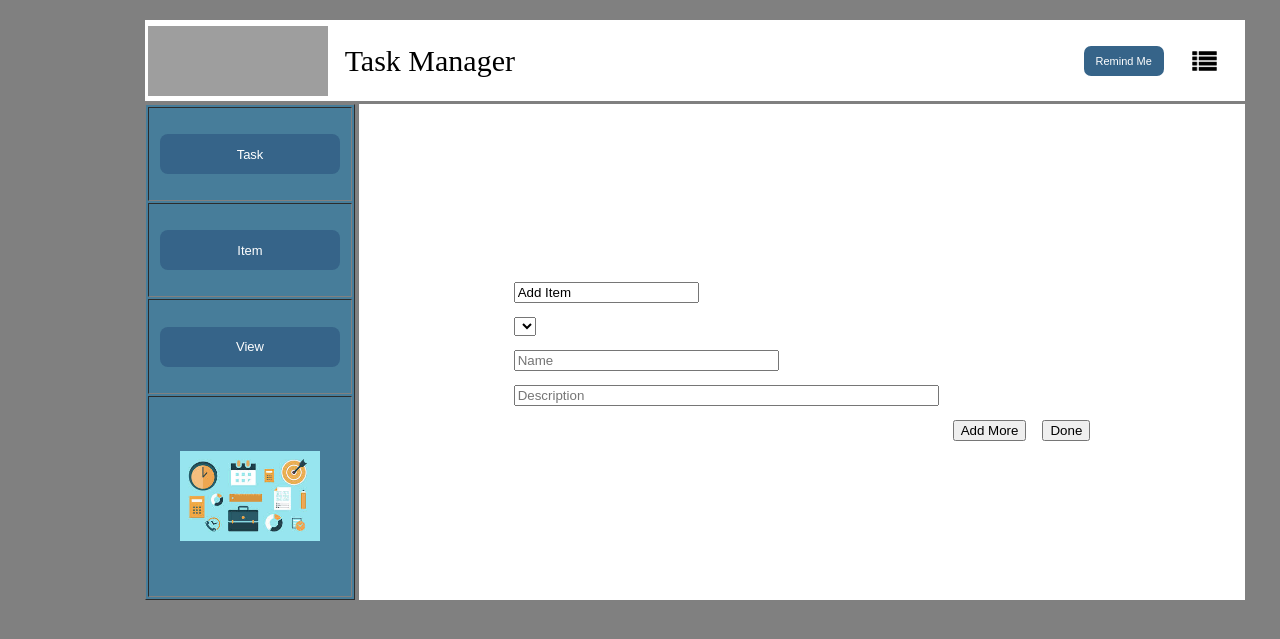
Repository: SnehaSalvi/TaskManagerProject
Page: http://localhost/TaskManagerChecklist/AddItem.jsp
The author's editor kept a copy of each file at every save. The page is drawn from the files as they stood at one save, then again after the next save.
The browser window is 1280 px wide. The pictures show the whole page.
Pictures or frames that could not be fetched are drawn as grey boxes. The page is served by Tomcat 9. Other server files are loaded and not shown.

Above is the page before, as saved 2016-10-14 11:20:50.

### TaskManagerChecklist/WebContent/AddItem.jsp
<%@ page language="java" contentType="text/html; charset=ISO-8859-1"
    pageEncoding="ISO-8859-1"%>
<!DOCTYPE html PUBLIC "-//W3C//DTD HTML 4.01 Transitional//EN" "http://www.w3.org/TR/html4/loose.dtd">
<html>
<head>
<meta http-equiv="Content-Type" content="text/html; charset=ISO-8859-1">
<title>Insert title here</title>
<link href="home.css" type="text/css" rel="stylesheet"/>
</head>
<body>
<form>
	<table id="table1">
		<tr>
			<td id="td1">
				<img id="banner" src="images/banner.jpg"/>
			</td>
			<td id="td_blank">
			</td>
			<td id="td2">
				Task Manager
			</td>
			<td id="td3" align="center">
				<input type="button" name="remind" id="button1" value="Remind Me"/>
			</td>
			<td id="td4" align="center">
				<img id="list" src="images/list.png"/>
			</td>
		</tr>
	</table>
	<table></table>
	<table>
		<tr>
			<td>
				<table id="table2" border="1">
					<tr>
						<td id="#td5" align="center">
							<input type="button" name="task" id="button2" value="Task" onclick="location.href='AddTask.jsp';"/>
						</td>
					</tr>
					<tr>
						<td align="center">
							<input type="button" name="item" id="button2" value="Item" onclick="location.href='AddItem.jsp';"/>
						</td>
					</tr>
					<tr>
						<td align="center">
							<input type="button" name="view" id="button2" value="View"/>
						</td>
					</tr>
					<tr>
						<td rowspan="7" align="center">
							<img id="img1" src="images/menu.jpg"/>
						</td>
					</tr>
				</table>
			</td>
			<td>
				<table id="table3">
					<tr>
						<td id="#td6">&nbsp;&nbsp;&nbsp;&nbsp;
							<table align="center" cellspacing="6" cellpadding="4">
								<tr>
									<td colspan="2">
										<input type="label" id="font1" name="label" value="Add Item" required="required"/>
									</td>
									<td>&nbsp;</td>
								</tr>
								<tr>
									<td colspan="2">
										<select id="select1" name="taskname" placeholder="select the task" value="task" required="required">
										</select>
									</td>
									<td>&nbsp;</td>
								</tr>
								<tr>
									<td colspan="2">
										<input type="text" name="itemname" size="30" placeholder="Name" required="required"/>
									</td>
									<td>&nbsp;</td>
								</tr>

								<tr>
									<td colspan="2">
										<input type="text" name="description" placeholder="Description" size="50" required="required"/>
									</td>
									<td>&nbsp;</td>
								</tr>
								<tr>
									<td colspan="2">

									</td>
									<td>
										<input type="submit" name="addmore" value="Add More"/>&nbsp;&nbsp;&nbsp;&nbsp;<input type="submit" name="done" value="Done"/>
									</td>
								</tr>
							</table>
						</td>
					</tr>
				</table>
			</td>
		</tr>
	</table>
</form>
</body>
</html>

### TaskManagerChecklist/WebContent/home.css
body
{
	background-position: center;
	background-color:gray;
	margin-left: 140px;
	margin-top: 20px;
	margin-right: 120px;
	margin-bottom: 20px;
	background-repeat: no-repeat;
}
#table1
{
	margin-left:5px;
	background-color:white;
	background-position: center;
	height: 76px;
	width:1100px;
}
#td1
{
	width:185px;
	height:75px;
	background-color:
}
#banner
{

	width: 180px;
	height: 70px;
}
#td_blank
{
	width:100x;
	height:75px;
}
#td2
{
	width:735px;
	height:75px;
	font-family: serif;
	font-size: 30px;
	font-style: inherit;

}
#td3
{
	width:80px;
	height:75px;
}
#button1
{
    height: 30px;
    width: 80px;
    border-radius: 7px;
    border: 1px solid #000;
    font-family: sans-serif;
    background-color:#366489;
    color:white;
    font-size: 11px;
    border: 0;
}
#td4
{
	width:30x;
	height:75px;
}
#list
{

	width: 25px;
	height: 20px;
}
#table2
{
	margin-left:2px;
	background-color:#477d9a;
	background-position: center;
	height: 496px;
	width:210px;


}
#button2
{
    height: 40px;
    width: 180px;
    border-radius: 8px;
    border: 1px solid #000;
    font-family:sans-serif;
    font-size: 13px;
   background-color:#366489;
   color:white;
    border: 0;
}
#img1
{

	width: 140px;
	height: 90px;
}
#table3
{
	background-color:white;
	background-position: center;
	height: 496px;
	width:886px;

}
#td6
{
	width:1050x;
	height:495px;


}

### TaskManagerChecklist/WebContent/item.css
#font1
{

	font-style:italic;

	font-size: 18px;
	border: none;


}
#label1
{
	color:red;
	font-size: 10px;
	border: none;
}
#label2
{
	border: none;
	size: 5px;
}

After the next save:
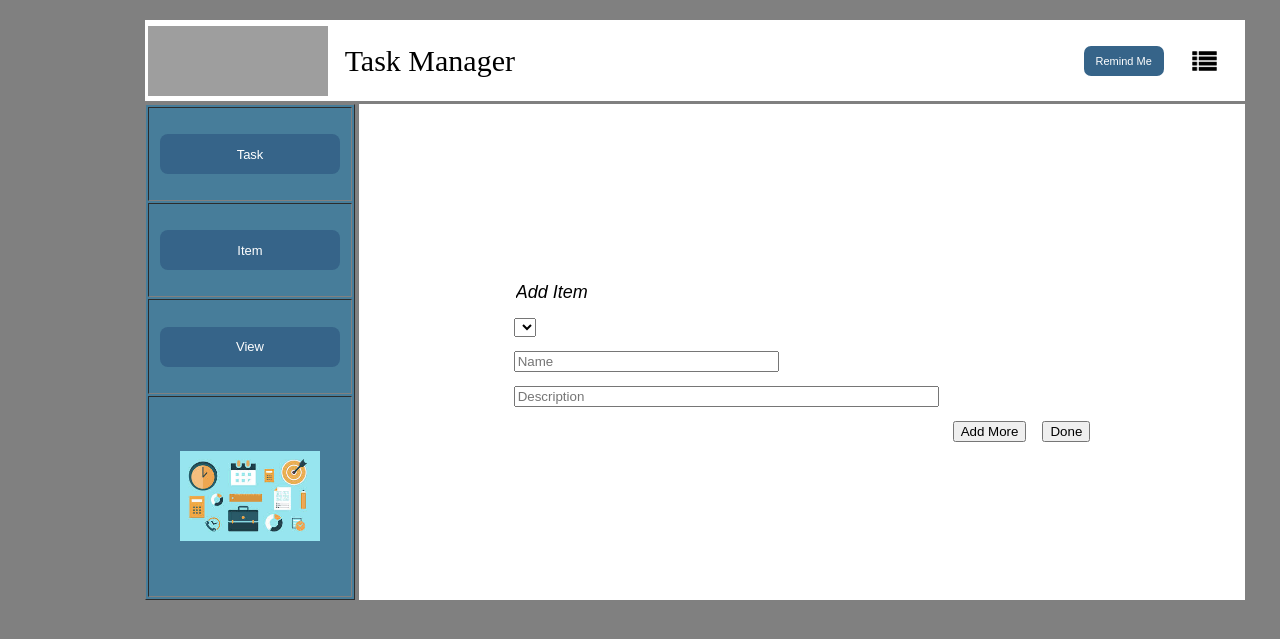
Saved 28 s later.
--- a/TaskManagerChecklist/WebContent/AddItem.jsp
+++ b/TaskManagerChecklist/WebContent/AddItem.jsp
@@ -6,6 +6,8 @@
 <meta http-equiv="Content-Type" content="text/html; charset=ISO-8859-1">
 <title>Insert title here</title>
 <link href="home.css" type="text/css" rel="stylesheet"/>
+<link href="item.css" type="text/css" rel="stylesheet"/>
+
 </head>
 <body>
 <form>
